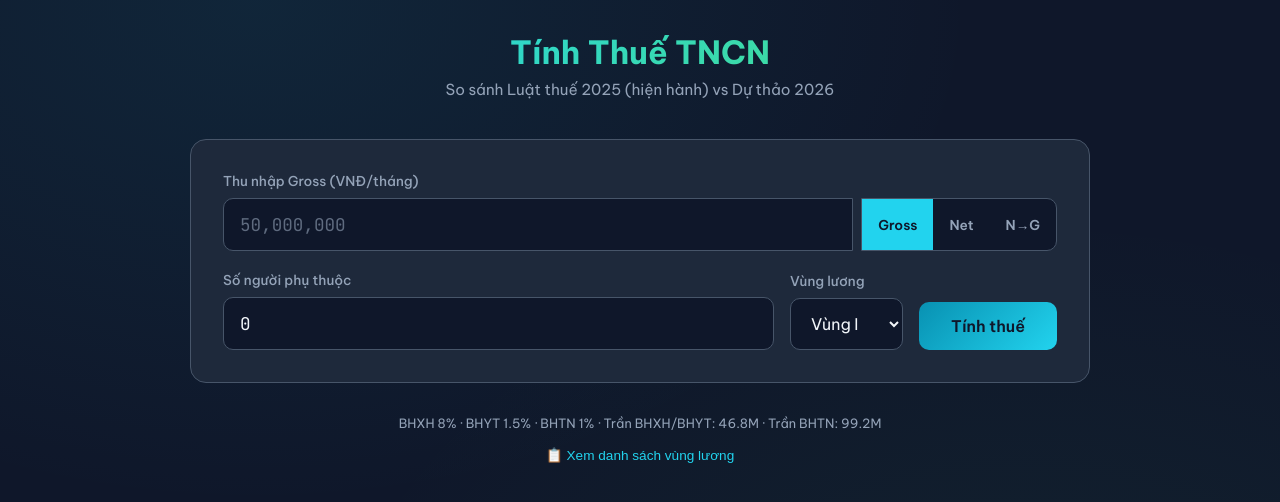
Repository: ph4n4n/vietnam-PIT
Page: index.html
An editor plug-in stored every save of this project. The page is shown before and after the next save, followed by the edit.
The browser window is 1280 px wide. The pictures show the whole page.

Above is the page before, as saved 2025-12-10 13:15:30.

### index.html
<!DOCTYPE html>
<html lang="vi">
<head>
  <meta charset="UTF-8">
  <meta name="viewport" content="width=device-width, initial-scale=1.0">
  <title>Tính Thuế TNCN 2025 vs 2026</title>
  <link href="https://fonts.googleapis.com/css2?family=JetBrains+Mono:wght@400;600&family=Be+Vietnam+Pro:wght@400;500;600;700&display=swap" rel="stylesheet">
  <link rel="stylesheet" href="style.css">
</head>
<body>
  <div class="container">
    <header>
      <h1>Tính Thuế TNCN</h1>
      <p class="subtitle">So sánh Luật thuế 2025 (hiện hành) vs Dự thảo 2026</p>
    </header>

    <section class="input-section">
      <div class="input-stack">
        <div class="form-group">
          <label id="incomeLabel">Thu nhập Gross (VNĐ/tháng)</label>
          <div class="input-with-toggle">
            <input type="text" id="incomeInput" placeholder="50,000,000" inputmode="numeric">
            <div class="toggle-group">
              <button type="button" class="toggle-btn active" data-type="gross">Gross</button>
              <button type="button" class="toggle-btn" data-type="net">Net</button>
              <button type="button" class="toggle-btn" data-type="net-as-gross" title="Lấy Net làm Gross tính thuế">N→G</button>
            </div>
          </div>
        </div>
        <div class="form-row">
          <div class="form-group">
            <label for="dependents">Số người phụ thuộc</label>
            <input type="number" id="dependents" value="0" min="0" max="20">
          </div>
          <div class="form-group form-group-sm">
            <label for="region">Vùng lương</label>
            <select id="region">
              <option value="1">Vùng I</option>
              <option value="2">Vùng II</option>
              <option value="3">Vùng III</option>
              <option value="4">Vùng IV</option>
            </select>
          </div>
          <button class="btn" onclick="calculate()">Tính thuế</button>
        </div>
      </div>
    </section>

    <section class="result-section" id="resultSection">
      <div class="result-card">
        <div class="result-header">
          <h2>📊 Kết quả tính thuế</h2>
        </div>
        <table>
          <thead>
            <tr>
              <th>Mục</th>
              <th>2025 (Hiện hành)</th>
              <th>2026 (Dự thảo)</th>
            </tr>
          </thead>
          <tbody id="resultBody">
          </tbody>
        </table>
      </div>
    </section>

    <section class="result-section" id="refundSection">
      <div class="result-card refund-card">
        <div class="result-header">
          <h2>🧾 Đóng Full → Hoàn thuế cuối năm</h2>
          <p class="header-note">Giả định: Không khai giảm trừ gia cảnh hàng tháng, quyết toán hoàn thuế cuối năm</p>
        </div>
        <table>
          <thead>
            <tr>
              <th>Mục</th>
              <th>2025 (Hiện hành)</th>
              <th>2026 (Dự thảo)</th>
            </tr>
          </thead>
          <tbody id="refundBody">
          </tbody>
        </table>
      </div>
    </section>

    <footer>
      <p>BHXH 8% · BHYT 1.5% · BHTN 1% · Trần BHXH/BHYT: 46.8M · Trần BHTN: <span id="bhtnCapDisplay">99.2M</span></p>
      <button class="btn-link" onclick="toggleRegionNote()">📋 Xem danh sách vùng lương</button>
    </footer>
  </div>

  <div class="modal" id="regionModal">
    <div class="modal-content">
      <div class="modal-header">
        <h3>Mức lương tối thiểu vùng (từ 01/07/2024)</h3>
        <button class="modal-close" onclick="toggleRegionNote()">×</button>
      </div>
      <div class="modal-body">
        <div class="region-info">
          <div class="region-card">
            <h4>Vùng I - 4.960.000đ/tháng</h4>
            <p>TP.HCM, Hà Nội, Hải Phòng, Đồng Nai, Bình Dương, Bà Rịa-Vũng Tàu, Long An, Quảng Ninh (phần lớn)...</p>
          </div>
          <div class="region-card">
            <h4>Vùng II - 4.410.000đ/tháng</h4>
            <p>Đà Nẵng, Cần Thơ, Bắc Ninh, Hưng Yên, Vĩnh Phúc, Thái Nguyên, Khánh Hòa, Lâm Đồng, Bình Thuận (một phần)...</p>
          </div>
          <div class="region-card">
            <h4>Vùng III - 3.860.000đ/tháng</h4>
            <p>Huế, Quảng Nam, Quảng Ngãi, Bình Định, Phú Yên, Đắk Lắk, Đắk Nông, Gia Lai, Kon Tum, Hà Tĩnh...</p>
          </div>
          <div class="region-card">
            <h4>Vùng IV - 3.450.000đ/tháng</h4>
            <p>Cao Bằng, Bắc Kạn, Hà Giang, Lai Châu, Điện Biên, Sơn La, Yên Bái, các huyện vùng sâu vùng xa...</p>
          </div>
        </div>
        <p class="note">* Trần BHTN = 20 × Lương tối thiểu vùng. Chi tiết theo Nghị định 74/2024/NĐ-CP.</p>
      </div>
    </div>
  </div>

  <script src="app.js"></script>
</body>
</html>

### style.css
:root {
  --bg-primary: #0f172a;
  --bg-secondary: #1e293b;
  --bg-card: #334155;
  --accent: #22d3ee;
  --accent-dim: #0891b2;
  --success: #4ade80;
  --text-primary: #f1f5f9;
  --text-secondary: #94a3b8;
  --border: #475569;
}

* {
  margin: 0;
  padding: 0;
  box-sizing: border-box;
}

body {
  font-family: 'Be Vietnam Pro', sans-serif;
  background: var(--bg-primary);
  background-image:
    radial-gradient(ellipse at 20% 0%, rgba(34, 211, 238, 0.08) 0%, transparent 50%),
    radial-gradient(ellipse at 80% 100%, rgba(74, 222, 128, 0.06) 0%, transparent 50%);
  min-height: 100vh;
  color: var(--text-primary);
  padding: 2rem 1rem;
}

.container {
  max-width: 900px;
  margin: 0 auto;
}

header {
  text-align: center;
  margin-bottom: 2.5rem;
}

h1 {
  font-size: 2rem;
  font-weight: 700;
  background: linear-gradient(135deg, var(--accent), var(--success));
  -webkit-background-clip: text;
  -webkit-text-fill-color: transparent;
  background-clip: text;
  margin-bottom: 0.5rem;
}

.subtitle {
  color: var(--text-secondary);
  font-size: 0.95rem;
}

.input-section {
  background: var(--bg-secondary);
  border: 1px solid var(--border);
  border-radius: 16px;
  padding: 2rem;
  margin-bottom: 2rem;
}

.input-stack {
  display: flex;
  flex-direction: column;
  gap: 1.25rem;
}

.form-row {
  display: flex;
  gap: 1rem;
  align-items: end;
}

.form-row .form-group {
  flex: 1;
}

.form-row .form-group-sm {
  width: auto;
  min-width: 80px;
  flex: 0 0 auto;
}

.form-group select {
  width: 100%;
  padding: 0.875rem 1rem;
  font-size: 1rem;
  font-family: inherit;
  background: var(--bg-primary);
  border: 1px solid var(--border);
  border-radius: 10px;
  color: var(--text-primary);
  cursor: pointer;
  transition: border-color 0.2s, box-shadow 0.2s;
}

.form-group select:focus {
  outline: none;
  border-color: var(--accent);
  box-shadow: 0 0 0 3px rgba(34, 211, 238, 0.15);
}

.form-group select option {
  background: var(--bg-secondary);
  color: var(--text-primary);
}

@media (max-width: 640px) {
  .form-row {
    flex-direction: column;
  }
}

.form-group label {
  display: block;
  font-size: 0.85rem;
  color: var(--text-secondary);
  margin-bottom: 0.5rem;
  font-weight: 500;
}

.form-group input {
  width: 100%;
  padding: 0.875rem 1rem;
  font-size: 1.1rem;
  font-family: 'JetBrains Mono', monospace;
  background: var(--bg-primary);
  border: 1px solid var(--border);
  border-radius: 10px;
  color: var(--text-primary);
  transition: border-color 0.2s, box-shadow 0.2s;
}

.form-group input:focus {
  outline: none;
  border-color: var(--accent);
  box-shadow: 0 0 0 3px rgba(34, 211, 238, 0.15);
}

.form-group input::placeholder {
  color: var(--text-secondary);
  opacity: 0.6;
}

.input-with-toggle {
  display: flex;
  gap: 0.5rem;
}

.input-with-toggle input {
  flex: 1;
  border-radius: 10px 0 0 10px;
}

.toggle-group {
  display: flex;
  background: var(--bg-primary);
  border: 1px solid var(--border);
  border-radius: 0 10px 10px 0;
  overflow: hidden;
}

.toggle-btn {
  padding: 0.875rem 1rem;
  font-size: 0.85rem;
  font-weight: 600;
  font-family: inherit;
  background: transparent;
  color: var(--text-secondary);
  border: none;
  cursor: pointer;
  transition: all 0.2s;
}

.toggle-btn:hover {
  color: var(--text-primary);
  background: var(--bg-card);
}

.toggle-btn.active {
  background: var(--accent);
  color: var(--bg-primary);
}

@media (max-width: 640px) {
  .input-with-toggle {
    flex-direction: column;
  }
  .input-with-toggle input {
    border-radius: 10px;
  }
  .toggle-group {
    border-radius: 10px;
  }
}

.btn {
  padding: 0.875rem 2rem;
  font-size: 1rem;
  font-weight: 600;
  font-family: inherit;
  background: linear-gradient(135deg, var(--accent-dim), var(--accent));
  color: var(--bg-primary);
  border: none;
  border-radius: 10px;
  cursor: pointer;
  transition: transform 0.15s, box-shadow 0.15s;
}

.btn:hover {
  transform: translateY(-2px);
  box-shadow: 0 8px 24px rgba(34, 211, 238, 0.25);
}

.btn:active {
  transform: translateY(0);
}

.result-section {
  display: none;
  animation: fadeIn 0.4s ease;
  margin-bottom: 1.5rem;
}

.result-section.show {
  display: block;
}

@keyframes fadeIn {
  from { opacity: 0; transform: translateY(10px); }
  to { opacity: 1; transform: translateY(0); }
}

.result-card {
  background: var(--bg-secondary);
  border: 1px solid var(--border);
  border-radius: 16px;
  overflow: hidden;
}

.result-header {
  background: var(--bg-card);
  padding: 1.25rem 1.5rem;
  border-bottom: 1px solid var(--border);
}

.result-header h2 {
  font-size: 1.1rem;
  font-weight: 600;
}

.header-note {
  color: var(--text-secondary);
  font-size: 0.8rem;
  margin-top: 0.4rem;
}

table {
  width: 100%;
  border-collapse: collapse;
  font-size: 0.95rem;
}

th, td {
  padding: 1rem 1.5rem;
  text-align: left;
  border-bottom: 1px solid var(--border);
}

th {
  background: var(--bg-card);
  color: var(--text-secondary);
  font-weight: 500;
  font-size: 0.8rem;
  text-transform: uppercase;
  letter-spacing: 0.5px;
}

td {
  font-family: 'JetBrains Mono', monospace;
}

tr:last-child td {
  border-bottom: none;
}

tr:hover td {
  background: rgba(34, 211, 238, 0.03);
}

.col-label {
  font-family: 'Be Vietnam Pro', sans-serif;
  color: var(--text-secondary);
}

.col-old {
  color: var(--text-primary);
}

.col-new {
  color: var(--accent);
}

.highlight-row td {
  background: rgba(74, 222, 128, 0.08);
  border-top: 1px solid rgba(74, 222, 128, 0.3);
  border-bottom: 1px solid rgba(74, 222, 128, 0.3);
}

.highlight-row .col-label {
  color: var(--success);
  font-weight: 600;
}

.highlight-row .saved-value {
  color: var(--success);
  font-weight: 600;
  font-size: 1.1rem;
}

.info-row td {
  background: rgba(34, 211, 238, 0.05);
  font-family: 'Be Vietnam Pro', sans-serif;
  color: var(--text-secondary);
  font-size: 0.85rem;
}

.diff-row td {
  background: rgba(251, 191, 36, 0.08);
}

.diff-row .col-old {
  color: #fbbf24;
}

.diff-row .col-new {
  color: var(--success);
}

footer {
  text-align: center;
  margin-top: 2rem;
  color: var(--text-secondary);
  font-size: 0.8rem;
}

footer a {
  color: var(--accent);
  text-decoration: none;
}

.btn-link {
  background: none;
  border: none;
  color: var(--accent);
  cursor: pointer;
  font-size: 0.85rem;
  padding: 0.5rem;
  margin-top: 0.5rem;
  transition: opacity 0.2s;
}

.btn-link:hover {
  opacity: 0.8;
  text-decoration: underline;
}

/* Modal */
.modal {
  display: none;
  position: fixed;
  top: 0;
  left: 0;
  width: 100%;
  height: 100%;
  background: rgba(0, 0, 0, 0.7);
  z-index: 1000;
  align-items: center;
  justify-content: center;
  padding: 1rem;
}

.modal.show {
  display: flex;
}

.modal-content {
  background: var(--bg-secondary);
  border: 1px solid var(--border);
  border-radius: 16px;
  max-width: 600px;
  width: 100%;
  max-height: 80vh;
  overflow: hidden;
  animation: modalIn 0.3s ease;
}

@keyframes modalIn {
  from { opacity: 0; transform: scale(0.95); }
  to { opacity: 1; transform: scale(1); }
}

.modal-header {
  display: flex;
  justify-content: space-between;
  align-items: center;
  padding: 1.25rem 1.5rem;
  background: var(--bg-card);
  border-bottom: 1px solid var(--border);
}

.modal-header h3 {
  font-size: 1rem;
  font-weight: 600;
  color: var(--text-primary);
}

.modal-close {
  background: none;
  border: none;
  color: var(--text-secondary);
  font-size: 1.5rem;
  cursor: pointer;
  padding: 0;
  line-height: 1;
}

.modal-close:hover {
  color: var(--text-primary);
}

.modal-body {
  padding: 1.5rem;
  overflow-y: auto;
  max-height: calc(80vh - 60px);
}

.region-info {
  display: flex;
  flex-direction: column;
  gap: 1rem;
}

.region-card {
  background: var(--bg-primary);
  border: 1px solid var(--border);
  border-radius: 10px;
  padding: 1rem;
}

.region-card h4 {
  color: var(--accent);
  font-size: 0.95rem;
  margin-bottom: 0.5rem;
}

.region-card p {
  color: var(--text-secondary);
  font-size: 0.85rem;
  line-height: 1.5;
}

.modal-body .note {
  margin-top: 1rem;
  padding-top: 1rem;
  border-top: 1px solid var(--border);
  color: var(--text-secondary);
  font-size: 0.8rem;
  font-style: italic;
}

### app.js
const TAX_CONFIG = {
  // Employee insurance rates
  bhxh: { rate: 0.08, cap: 46_800_000 },  // BHXH 8%, cap 20 × 2.34M (từ 7/2024)
  bhyt: { rate: 0.015, cap: 46_800_000 }, // BHYT 1.5%, cap 20 × 2.34M
  bhtn: { rate: 0.01 },                    // BHTN 1%, cap depends on region

  // BHTN caps by region (20 × minimum wage)
  bhtnCaps: {
    1: 99_200_000,  // Vùng I: 20 × 4,960,000
    2: 88_200_000,  // Vùng II: 20 × 4,410,000
    3: 77_200_000,  // Vùng III: 20 × 3,860,000
    4: 69_000_000,  // Vùng IV: 20 × 3,450,000
  },

  // Employer insurance rates
  bhxhCompany: { rate: 0.175, cap: 46_800_000 },
  bhytCompany: { rate: 0.03, cap: 46_800_000 },
  bhtnCompany: { rate: 0.01 },  // cap depends on region

  personalDeduction: { old: 11_000_000, new: 15_500_000 },
  dependentDeduction: { old: 4_400_000, new: 6_200_000 },
  bracketsOld: [
    [5_000_000, 0.05],
    [10_000_000, 0.10],
    [18_000_000, 0.15],
    [32_000_000, 0.20],
    [52_000_000, 0.25],
    [80_000_000, 0.30],
    [Infinity, 0.35],
  ],
  bracketsNew: [
    [10_000_000, 0.05],
    [30_000_000, 0.15],
    [60_000_000, 0.25],
    [100_000_000, 0.30],
    [Infinity, 0.35],
  ],
};

let incomeType = 'gross';

function calculateProgressiveTax(taxableIncome, brackets) {
  if (taxableIncome <= 0) return 0;
  let tax = 0, prev = 0;
  for (const [threshold, rate] of brackets) {
    const taxable = Math.min(taxableIncome, threshold) - prev;
    if (taxable <= 0) break;
    tax += taxable * rate;
    prev = threshold;
  }
  return tax;
}

function calcInsurance(income, rate, cap) {
  return Math.min(income, cap) * rate;
}

function getRegion() {
  const el = document.getElementById('region');
  return el ? parseInt(el.value, 10) : 1;
}

function getBhtnCap() {
  return TAX_CONFIG.bhtnCaps[getRegion()];
}

function calculatePIT(grossIncome, dependents) {
  const cfg = TAX_CONFIG;
  const bhtnCap = getBhtnCap();

  // Employee insurance (detailed)
  const bhxh = calcInsurance(grossIncome, cfg.bhxh.rate, cfg.bhxh.cap);
  const bhyt = calcInsurance(grossIncome, cfg.bhyt.rate, cfg.bhyt.cap);
  const bhtn = calcInsurance(grossIncome, cfg.bhtn.rate, bhtnCap);
  const insurance = bhxh + bhyt + bhtn;

  const incomeAfterInsurance = grossIncome - insurance;

  const deductionOld = cfg.personalDeduction.old + cfg.dependentDeduction.old * dependents;
  const deductionNew = cfg.personalDeduction.new + cfg.dependentDeduction.new * dependents;

  const taxableOld = Math.max(0, incomeAfterInsurance - deductionOld);
  const taxableNew = Math.max(0, incomeAfterInsurance - deductionNew);

  const taxOld = calculateProgressiveTax(taxableOld, cfg.bracketsOld);
  const taxNew = calculateProgressiveTax(taxableNew, cfg.bracketsNew);

  // Tax when paying full (no family deduction, only insurance)
  const taxNoDeductOld = calculateProgressiveTax(incomeAfterInsurance, cfg.bracketsOld);
  const taxNoDeductNew = calculateProgressiveTax(incomeAfterInsurance, cfg.bracketsNew);

  return {
    grossIncome,
    dependents,
    bhxh,
    bhyt,
    bhtn,
    insurance,
    incomeAfterInsurance,
    deductionOld,
    deductionNew,
    taxableOld,
    taxableNew,
    taxOld,
    taxNew,
    taxNoDeductOld,
    taxNoDeductNew,
    taxSaved: taxOld - taxNew,
    netOld: grossIncome - insurance - taxOld,
    netNew: grossIncome - insurance - taxNew,
  };
}

// Binary search: find Gross from Net (using OLD tax as reference)
function netToGross(targetNet, dependents) {
  let low = targetNet;
  let high = targetNet * 2;
  const tolerance = 1000;

  for (let i = 0; i < 50; i++) {
    const mid = Math.floor((low + high) / 2);
    const result = calculatePIT(mid, dependents);
    const netOld = result.netOld;

    if (Math.abs(netOld - targetNet) < tolerance) {
      return mid;
    }

    if (netOld < targetNet) {
      low = mid;
    } else {
      high = mid;
    }
  }

  return Math.floor((low + high) / 2);
}

function formatMoney(n) {
  return n.toLocaleString('vi-VN') + ' ₫';
}

// Calculate company insurance
function calcCompanyInsurance(income) {
  const cfg = TAX_CONFIG;
  const bhtnCap = getBhtnCap();
  return calcInsurance(income, cfg.bhxhCompany.rate, cfg.bhxhCompany.cap)
       + calcInsurance(income, cfg.bhytCompany.rate, cfg.bhytCompany.cap)
       + calcInsurance(income, cfg.bhtnCompany.rate, bhtnCap);
}

// N→G mode: Net thực nhận = input, thuế tính trên input (thay vì Gross thực)
function renderNetAsGross(netAmount, dependents) {
  // Cách tính sai: lấy Net làm Gross
  const wrong = calculatePIT(netAmount, dependents);

  // Cách tính đúng: tìm Gross thực từ Net
  const realGross = netToGross(netAmount, dependents);
  const correct = calculatePIT(realGross, dependents);

  // Chi phí công ty (Gross + BH công ty)
  const wrongCompanyBH = calcCompanyInsurance(netAmount);
  const wrongCompanyCost = netAmount + wrongCompanyBH + wrong.taxOld;

  const correctCompanyBH = calcCompanyInsurance(realGross);
  const correctCompanyCost = realGross + correctCompanyBH;

  const companySaved = correctCompanyCost - wrongCompanyCost;

  const rows = [
    { label: 'Net thực nhận', wrong: formatMoney(netAmount), correct: formatMoney(netAmount) },
    { label: 'Gross để tính thuế', wrong: formatMoney(netAmount), correct: formatMoney(realGross), highlight: true },
    { label: 'Thuế TNCN (CT trả)', wrong: formatMoney(wrong.taxOld), correct: formatMoney(correct.taxOld), highlight: true },
    { label: 'BH công ty đóng (21.5%)', wrong: formatMoney(wrongCompanyBH), correct: formatMoney(correctCompanyBH), info: true },
    { label: 'Tổng CT chi/tháng', wrong: formatMoney(wrongCompanyCost), correct: formatMoney(correctCompanyCost) },
  ];

  let html = rows.map(row => `
    <tr class="${row.info ? 'info-row' : ''} ${row.highlight ? 'diff-row' : ''}">
      <td class="col-label">${row.label}</td>
      <td class="col-old">${row.wrong}</td>
      <td class="col-new">${row.correct}</td>
    </tr>
  `).join('');

  html += `
    <tr class="highlight-row">
      <td class="col-label">💸 CT TIẾT KIỆM (sai cách)/THÁNG</td>
      <td colspan="2" class="saved-value" style="text-align: center;">
        ${formatMoney(companySaved)}
      </td>
    </tr>
    <tr class="highlight-row">
      <td class="col-label">📅 CT TIẾT KIỆM (sai cách)/NĂM</td>
      <td colspan="2" class="saved-value" style="text-align: center;">
        ${formatMoney(companySaved * 12)}
      </td>
    </tr>
  `;

  document.getElementById('resultBody').innerHTML = html;

  // Update header for this mode
  document.querySelector('#resultSection .result-header h2').textContent = '📊 So sánh: N→G vs Tính đúng';
  document.querySelector('#resultSection thead').innerHTML = `
    <tr>
      <th>Mục</th>
      <th>N→G (sai cách)</th>
      <th>Tính đúng (Net)</th>
    </tr>
  `;

  document.getElementById('resultSection').classList.add('show');
  document.getElementById('refundSection').classList.remove('show');
}

function parseMoneyInput(str) {
  return parseInt(str.replace(/[^\d]/g, ''), 10) || 0;
}

function calculate() {
  const inputValue = parseMoneyInput(document.getElementById('incomeInput').value);
  const dependents = parseInt(document.getElementById('dependents').value, 10) || 0;

  if (inputValue <= 0) {
    alert('Vui lòng nhập thu nhập hợp lệ');
    return;
  }

  // Handle N→G mode separately
  if (incomeType === 'net-as-gross') {
    renderNetAsGross(inputValue, dependents);
    return;
  }

  // Convert based on income type
  let grossIncome;
  if (incomeType === 'net') {
    grossIncome = netToGross(inputValue, dependents);
  } else {
    grossIncome = inputValue;
  }

  const r = calculatePIT(grossIncome, dependents);

  // Reset header for normal modes
  document.querySelector('#resultSection .result-header h2').textContent = '📊 Kết quả tính thuế';
  document.querySelector('#resultSection thead').innerHTML = `
    <tr>
      <th>Mục</th>
      <th>2025 (Hiện hành)</th>
      <th>2026 (Dự thảo)</th>
    </tr>
  `;

  const rows = [
    { label: 'Thu nhập Gross', old: formatMoney(r.grossIncome), new: formatMoney(r.grossIncome) },
    { label: '└ BHXH (8%)', old: formatMoney(r.bhxh), new: formatMoney(r.bhxh), info: true },
    { label: '└ BHYT (1.5%)', old: formatMoney(r.bhyt), new: formatMoney(r.bhyt), info: true },
    { label: '└ BHTN (1%)', old: formatMoney(r.bhtn), new: formatMoney(r.bhtn), info: true },
    { label: 'Tổng BH bắt buộc (10.5%)', old: formatMoney(r.insurance), new: formatMoney(r.insurance) },
    { label: 'Thu nhập chịu thuế', old: formatMoney(r.incomeAfterInsurance), new: formatMoney(r.incomeAfterInsurance) },
    { label: '└ Giảm trừ bản thân', old: formatMoney(TAX_CONFIG.personalDeduction.old), new: formatMoney(TAX_CONFIG.personalDeduction.new), info: true },
    { label: `└ Giảm trừ NPT (×${dependents})`, old: formatMoney(TAX_CONFIG.dependentDeduction.old * dependents), new: formatMoney(TAX_CONFIG.dependentDeduction.new * dependents), info: true },
    { label: 'Tổng giảm trừ', old: formatMoney(r.deductionOld), new: formatMoney(r.deductionNew) },
    { label: 'Thu nhập tính thuế', old: formatMoney(r.taxableOld), new: formatMoney(r.taxableNew) },
    { label: 'Thuế TNCN phải nộp', old: formatMoney(r.taxOld), new: formatMoney(r.taxNew) },
    { label: 'Thu nhập NET', old: formatMoney(r.netOld), new: formatMoney(r.netNew) },
  ];

  let html = rows.map(row => `
    <tr class="${row.info ? 'info-row' : ''}">
      <td class="col-label">${row.label}</td>
      <td class="col-old">${row.old}</td>
      <td class="col-new">${row.new}</td>
    </tr>
  `).join('');

  html += `
    <tr class="highlight-row">
      <td class="col-label">💰 TIỀN THUẾ GIẢM/THÁNG</td>
      <td colspan="2" class="saved-value" style="text-align: center;">
        ${r.taxSaved >= 0 ? '+' : ''}${formatMoney(r.taxSaved)}
      </td>
    </tr>
    <tr class="highlight-row">
      <td class="col-label">📅 TIỀN THUẾ GIẢM/NĂM</td>
      <td colspan="2" class="saved-value" style="text-align: center;">
        ${r.taxSaved >= 0 ? '+' : ''}${formatMoney(r.taxSaved * 12)}
      </td>
    </tr>
  `;

  document.getElementById('resultBody').innerHTML = html;

  // Refund section
  const refundOld = r.taxNoDeductOld * 12 - r.taxOld * 12;
  const refundNew = r.taxNoDeductNew * 12 - r.taxNew * 12;

  document.getElementById('refundBody').innerHTML = `
    <tr>
      <td class="col-label">Thuế đóng/tháng (không giảm trừ)</td>
      <td class="col-old">${formatMoney(r.taxNoDeductOld)}</td>
      <td class="col-new">${formatMoney(r.taxNoDeductNew)}</td>
    </tr>
    <tr>
      <td class="col-label">Thuế đóng cả năm (không giảm trừ)</td>
      <td class="col-old">${formatMoney(r.taxNoDeductOld * 12)}</td>
      <td class="col-new">${formatMoney(r.taxNoDeductNew * 12)}</td>
    </tr>
    <tr>
      <td class="col-label">Thuế thực tế cả năm (có giảm trừ)</td>
      <td class="col-old">${formatMoney(r.taxOld * 12)}</td>
      <td class="col-new">${formatMoney(r.taxNew * 12)}</td>
    </tr>
    <tr class="highlight-row refund-row">
      <td class="col-label">🔄 TIỀN HOÀN THUẾ CUỐI NĂM</td>
      <td class="saved-value">${formatMoney(refundOld)}</td>
      <td class="saved-value">${formatMoney(refundNew)}</td>
    </tr>
  `;
  document.getElementById('refundSection').classList.add('show');
  document.getElementById('resultSection').classList.add('show');
}

// Toggle Gross/Net/Net-as-Gross
document.querySelectorAll('.toggle-btn').forEach(btn => {
  btn.addEventListener('click', function() {
    document.querySelectorAll('.toggle-btn').forEach(b => b.classList.remove('active'));
    this.classList.add('active');
    incomeType = this.dataset.type;

    const label = document.getElementById('incomeLabel');
    const labels = {
      'gross': 'Thu nhập Gross (VNĐ/tháng)',
      'net': 'Thu nhập Net (VNĐ/tháng)',
      'net-as-gross': 'Net làm Gross (VNĐ/tháng)',
    };
    label.textContent = labels[incomeType];
  });
});

// Format input on type
document.getElementById('incomeInput').addEventListener('input', function() {
  const raw = this.value.replace(/[^\d]/g, '');
  if (raw) {
    this.value = parseInt(raw, 10).toLocaleString('vi-VN');
  }
});

// Enter to calculate
document.querySelectorAll('input').forEach(input => {
  input.addEventListener('keypress', e => {
    if (e.key === 'Enter') calculate();
  });
});

// Update BHTN cap display when region changes
function updateBhtnCapDisplay() {
  const region = getRegion();
  const cap = TAX_CONFIG.bhtnCaps[region];
  const capStr = (cap / 1_000_000).toFixed(1) + 'M';
  document.getElementById('bhtnCapDisplay').textContent = capStr;
}

document.getElementById('region').addEventListener('change', updateBhtnCapDisplay);
updateBhtnCapDisplay(); // init

// Toggle region note modal
function toggleRegionNote() {
  const modal = document.getElementById('regionModal');
  modal.classList.toggle('show');
}

// Close modal on backdrop click
document.getElementById('regionModal').addEventListener('click', function(e) {
  if (e.target === this) {
    this.classList.remove('show');
  }
});

After the next save:
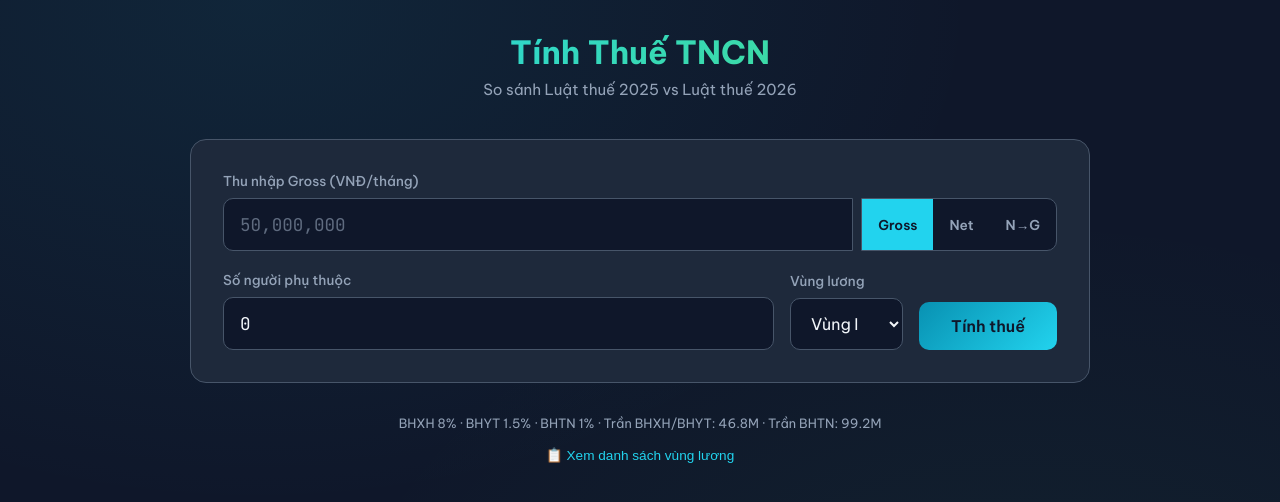
Saved 16 min 6 s later.
--- a/index.html
+++ b/index.html
@@ -11,7 +11,7 @@
   <div class="container">
     <header>
       <h1>Tính Thuế TNCN</h1>
-      <p class="subtitle">So sánh Luật thuế 2025 (hiện hành) vs Dự thảo 2026</p>
+      <p class="subtitle">So sánh Luật thuế 2025 vs Luật thuế 2026</p>
     </header>
 
     <section class="input-section">
